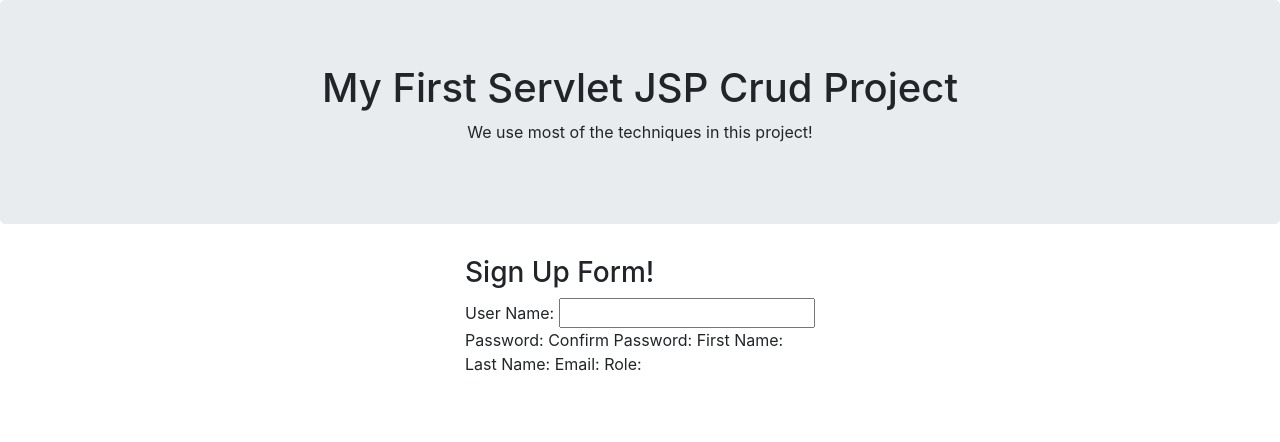
Repository: jagasia/sep-07
Page: http://localhost/sep-07-04/signup.jsp
These files come from the project's save history. The page is drawn as it stood at one moment and after the next save; the edit follows.
The browser window is 1280 px wide. The pictures show the whole page.
The page is served by Tomcat 9. Other server files are loaded and not shown.

Above is the page before, as saved 2022-09-07 09:49:15.

### sep-07-04/WebContent/signup.jsp
<%@ page language="java" contentType="text/html; charset=ISO-8859-1"
    pageEncoding="ISO-8859-1"%>
<!DOCTYPE html>
<html>
<head>
<meta charset="ISO-8859-1">
<title>Insert title here</title>
  <link rel="stylesheet" href="https://cdn.jsdelivr.net/npm/bootstrap@4.6.1/dist/css/bootstrap.min.css">
  <script src="https://cdn.jsdelivr.net/npm/jquery@3.6.0/dist/jquery.slim.min.js"></script>
  <script src="https://cdn.jsdelivr.net/npm/popper.js@1.16.1/dist/umd/popper.min.js"></script>
  <script src="https://cdn.jsdelivr.net/npm/bootstrap@4.6.1/dist/js/bootstrap.bundle.min.js"></script>
</head>
<body>
<div class="jumbotron text-center">
  <h1>My First Servlet JSP Crud Project</h1>
  <p>We use most of the techniques in this project!</p>
</div>

<div class="container">
  <div class="row">
    <div class="col-sm-4">
      <h3></h3>

    </div>
    <div class="col-sm-4">
      <h3>Sign Up Form!</h3>
      <form>
      	User Name: <input type="text" name="userName" />
      	Password:
      	Confirm Password:
      	First Name:
      	Last Name:
      	Email:
      	Role:
      </form>
    </div>
    <div class="col-sm-4">
      <h3></h3>

    </div>
  </div>
</div>
</body>
</html>

After the next save:
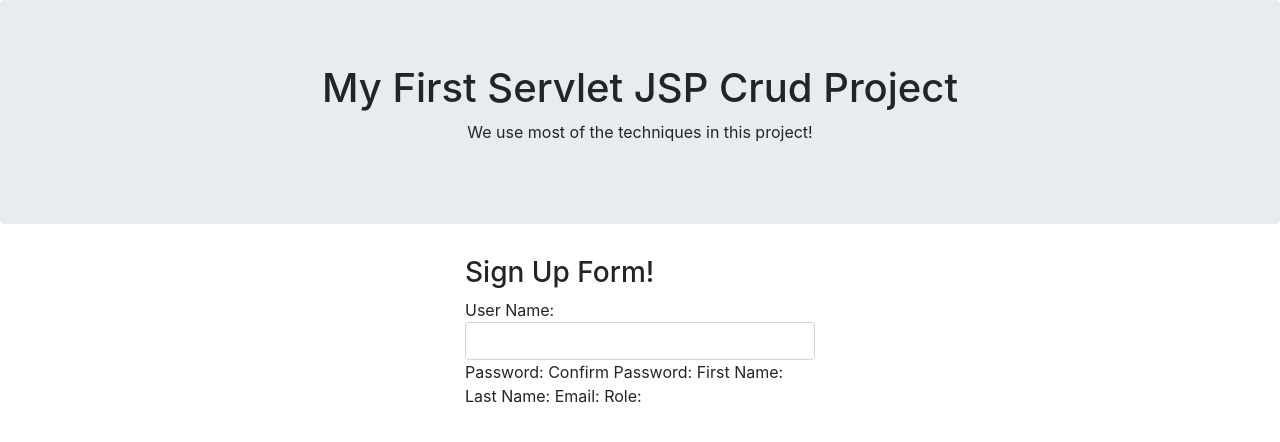
Saved 6 s later.
--- a/sep-07-04/WebContent/signup.jsp
+++ b/sep-07-04/WebContent/signup.jsp
@@ -25,7 +25,7 @@
     <div class="col-sm-4">
       <h3>Sign Up Form!</h3>
       <form>
-      	User Name: <input type="text" name="userName" />
+      	User Name: <input type="text" name="userName" class="form-control" />
       	Password:
       	Confirm Password:
       	First Name:
